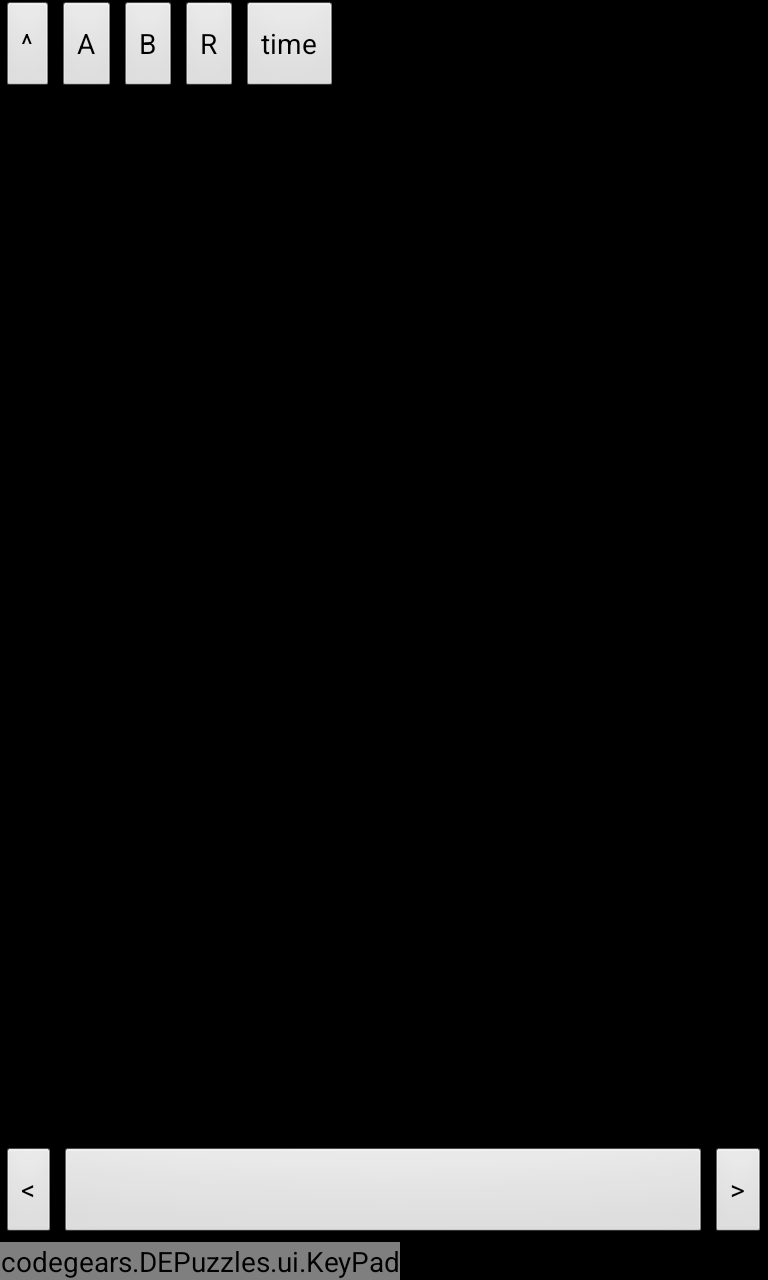
Repository: simplesns/workspace
Layout: eclipse/DEPuzzles/res/layout/crosswords.xml
An editor plug-in stored every save of this project. The layout is shown before and after the next save, followed by the edit.
Pictures or frames that could not be fetched are drawn as grey boxes. It is drawn on a 768 x 1280 px phone screen (xhdpi) without system bars, with theme android:Theme; the app's code is not run.

Above is the layout before, as saved 2011-01-25 09:09:03.

After the next save:
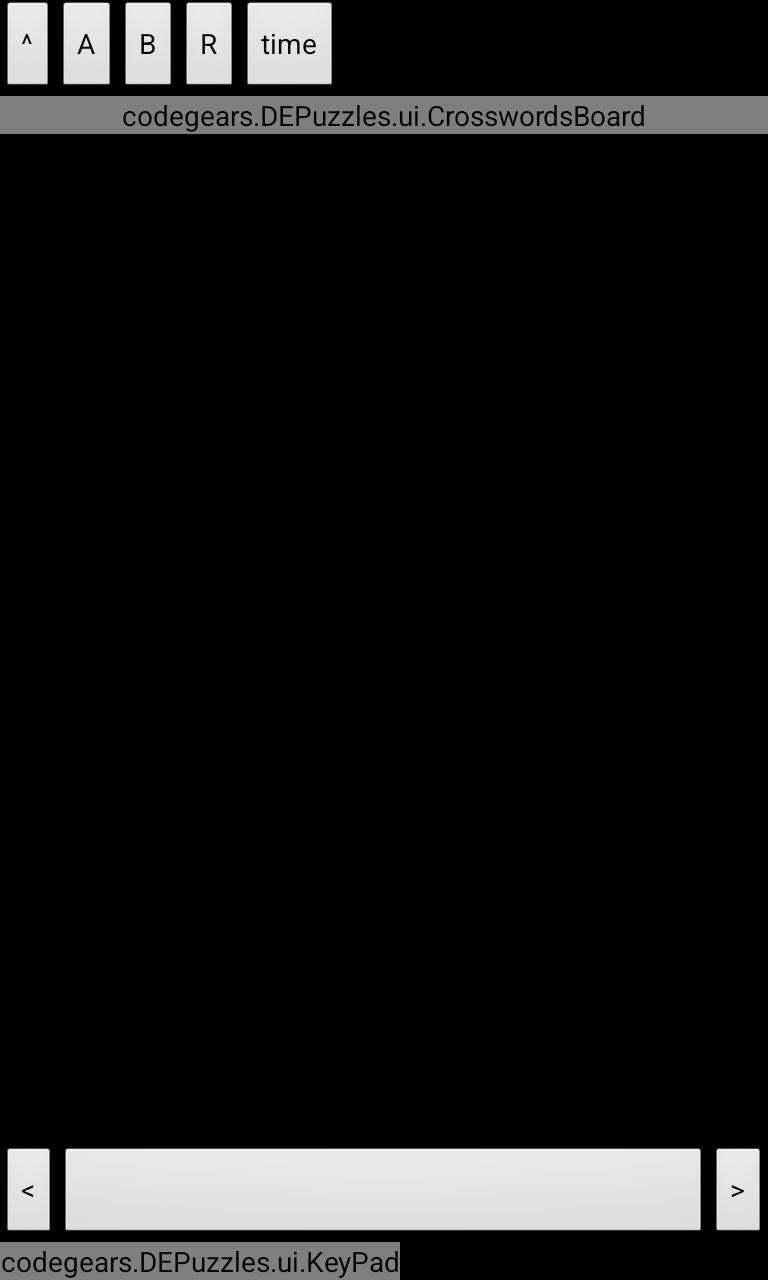
Saved 80 s later.
--- a/eclipse/DEPuzzles/res/layout/crosswords.xml
+++ b/eclipse/DEPuzzles/res/layout/crosswords.xml
@@ -16,16 +16,27 @@
 			android:layout_height="wrap_content" android:text="time"></Button>
 	</LinearLayout>
 	<ScrollView android:id="@+id/ScrollView01"
-		android:layout_width="wrap_content" android:layout_height="wrap_content" android:layout_weight="1"></ScrollView>
+		android:layout_width="fill_parent" android:layout_height="wrap_content"
+		android:layout_weight="1">
+		<codegears.DEPuzzles.ui.CrosswordsBoard
+			android:layout_width="fill_parent"
+			android:layout_height="fill_parent" android:id="@+id/CrosswordsBoard">
+		</codegears.DEPuzzles.ui.CrosswordsBoard>
+
+	</ScrollView>
 	<LinearLayout android:id="@+id/LinearLayout02"
 		android:layout_height="wrap_content" android:layout_width="fill_parent">
-		<Button android:id="@+id/Button06"
-			android:layout_width="wrap_content" android:layout_height="wrap_content" android:text="&lt;"></Button>
-<Button android:text="@+id/Button07" android:id="@+id/Button07"
-			android:layout_width="wrap_content" android:layout_height="wrap_content" android:layout_weight="1"></Button>
-		<Button android:id="@+id/Button08"
-			android:layout_width="wrap_content" android:layout_height="wrap_content" android:text="&gt;"></Button>
+		<Button android:id="@+id/Button06" android:layout_width="wrap_content"
+			android:layout_height="wrap_content" android:text="&lt;"></Button>
+		<Button android:text="@+id/Button07" android:id="@+id/Button07"
+			android:layout_width="wrap_content" android:layout_height="wrap_content"
+			android:layout_weight="1"></Button>
+		<Button android:id="@+id/Button08" android:layout_width="wrap_content"
+			android:layout_height="wrap_content" android:text="&gt;"></Button>
+
+	</LinearLayout>
+	<codegears.DEPuzzles.ui.KeyPad
+		android:id="@+id/LinearLayout03" android:layout_width="wrap_content"
+		android:layout_height="wrap_content"></codegears.DEPuzzles.ui.KeyPad>
 
 </LinearLayout>
-		<codegears.DEPuzzles.ui.KeyPad android:id="@+id/LinearLayout03" android:layout_width="wrap_content" android:layout_height="wrap_content"></codegears.DEPuzzles.ui.KeyPad>
-</LinearLayout>
